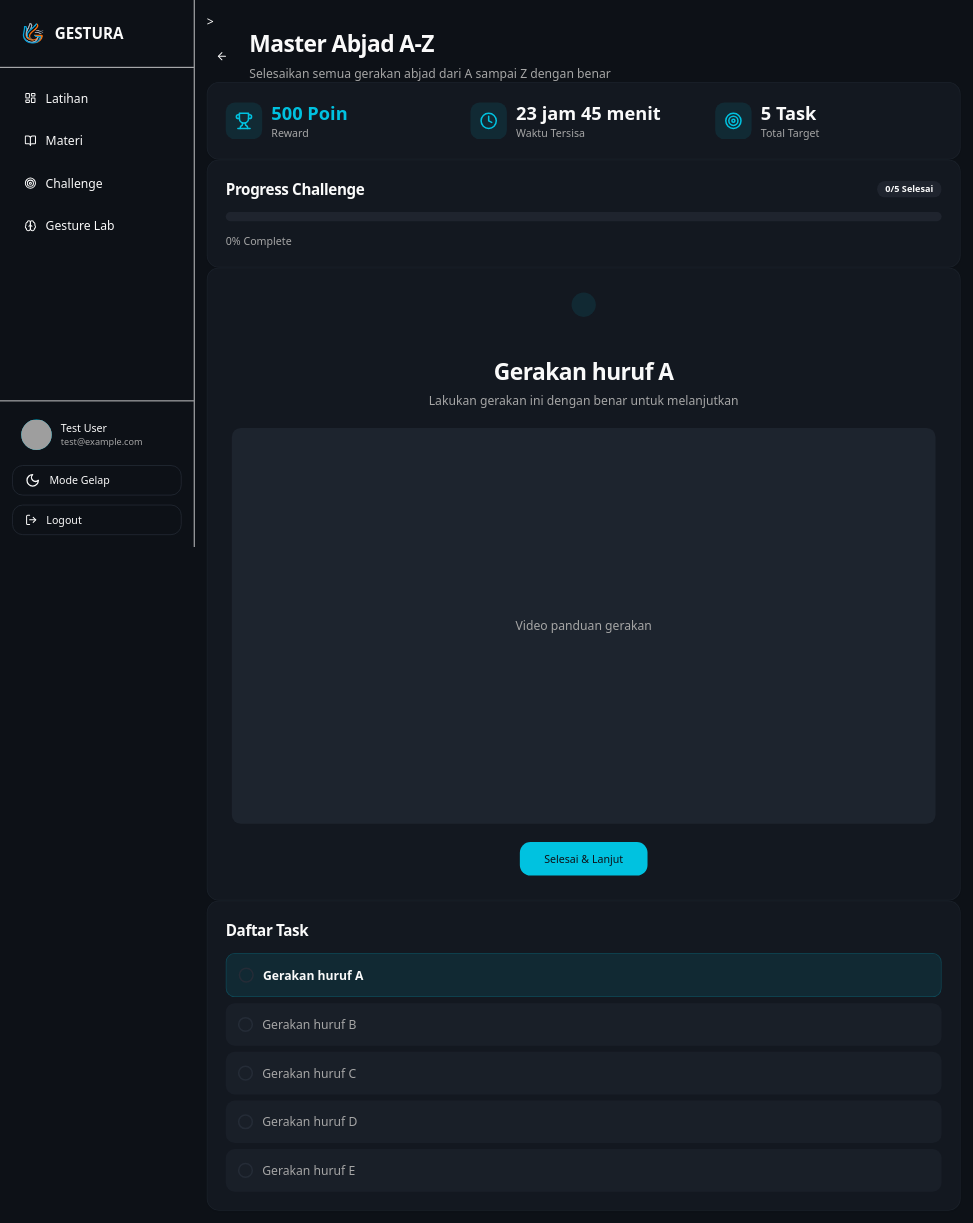
Repository: Tisna7/GESTURA
Page: http://localhost/Challenge-isi-1
These files come from the project's save history. The page is drawn as it stood at one moment and after a run of saves; the edit follows.
The browser window is 1280 px wide. The pictures show the whole page, at 76% of full size.
Pictures or frames that could not be fetched are drawn as grey boxes. The page is served by the project's Laravel application, run on PHP 8.4 with Laravel 12. A made-up administrator, Test User (test@example.com), is signed in. Style sheets and scripts are compiled from the project's sources, by tool versions that may differ from the author's.

Above is the page before, as saved 2025-11-23 22:09:12.

After the next 2 saves:
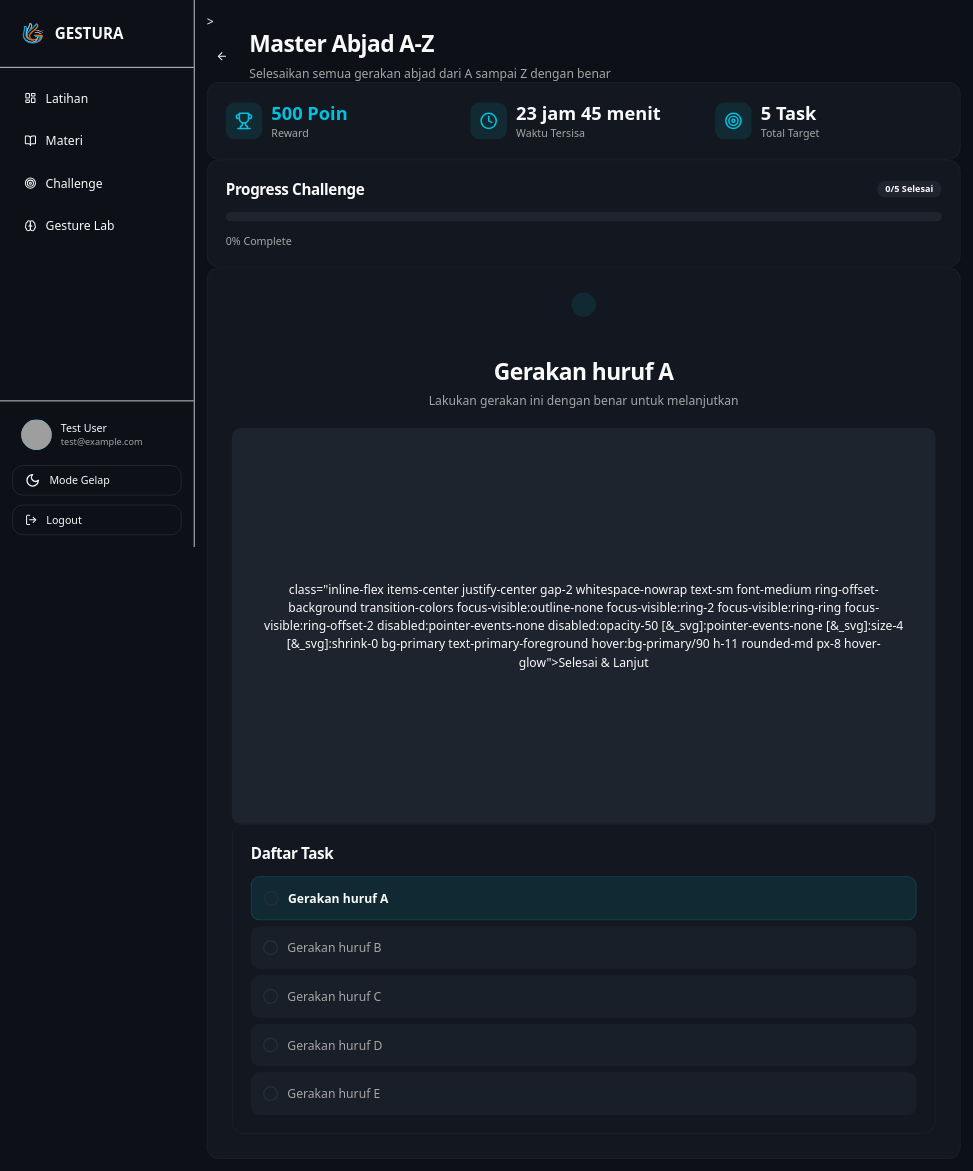
The 2 saves are shown as one change because they came seconds apart.
The last was saved 10 s later.
--- a/resources/views/user/challenge-isi-1.blade.php
+++ b/resources/views/user/challenge-isi-1.blade.php
@@ -93,9 +93,10 @@
                     <h2 class="text-3xl font-bold mb-2">Gerakan huruf A</h2>
                     <p class="text-muted-foreground">Lakukan gerakan ini dengan benar untuk melanjutkan</p>
                 </div>
-                <div class="bg-muted/50 rounded-xl p-8 aspect-video flex items-center justify-center"><img src="{{ asset('image/A.png') }}" alt="">
-                    <p class="text-muted-foreground">Video panduan gerakan</p>
-                </div><button
+                <div class="bg-muted/50 rounded-xl p-8 aspect-video flex items-center justify-center">
+                    <img src="{{ asset('image/A.png') }}" alt="">
+                    {{-- <p class="text-muted-foreground">Video panduan gerakan</p>
+                </div><button --}}
                     class="inline-flex items-center justify-center gap-2 whitespace-nowrap text-sm font-medium ring-offset-background transition-colors focus-visible:outline-none focus-visible:ring-2 focus-visible:ring-ring focus-visible:ring-offset-2 disabled:pointer-events-none disabled:opacity-50 [&amp;_svg]:pointer-events-none [&amp;_svg]:size-4 [&amp;_svg]:shrink-0 bg-primary text-primary-foreground hover:bg-primary/90 h-11 rounded-md px-8 hover-glow">Selesai
                     &amp; Lanjut</button>
             </div>

After the 2 saves that followed:
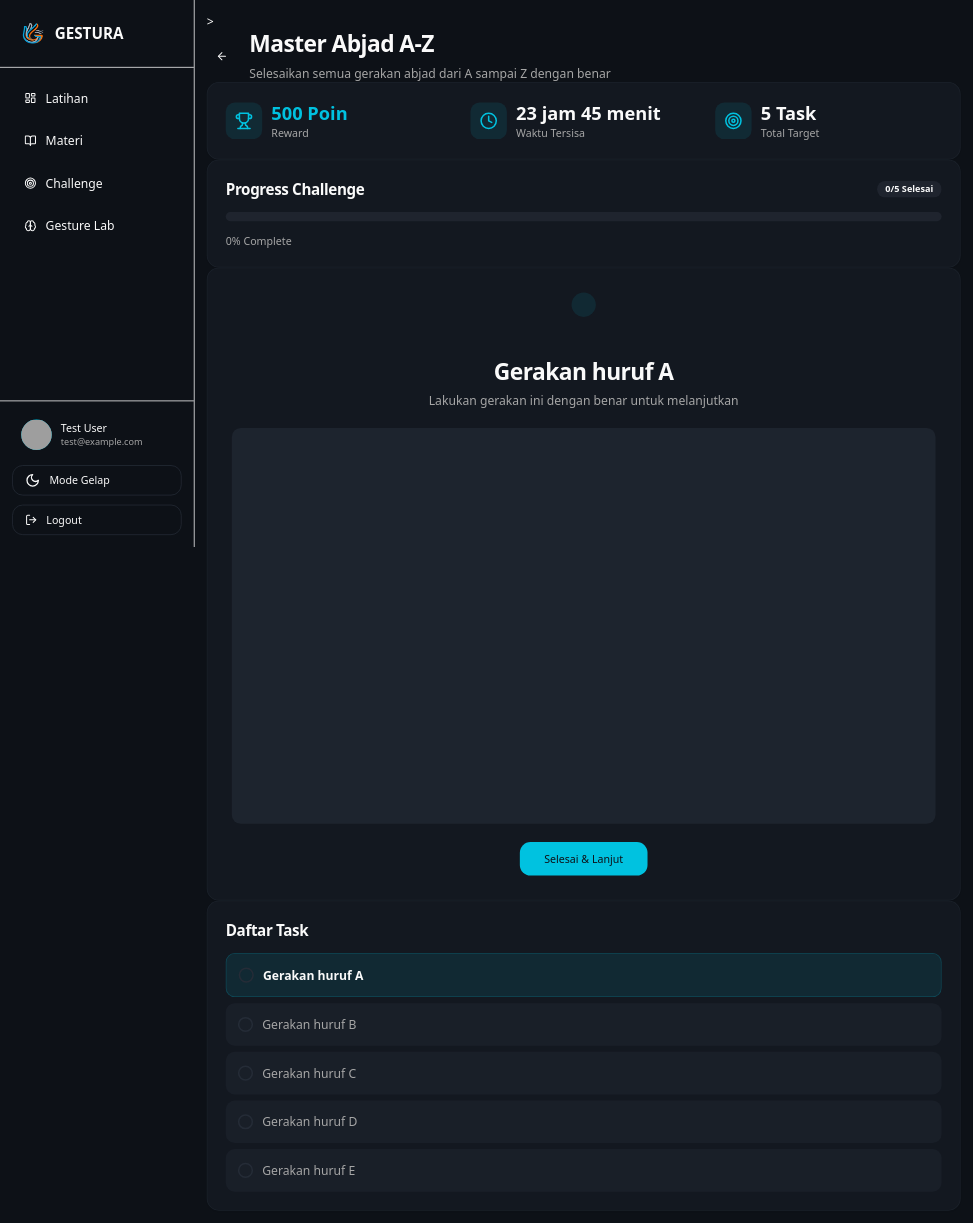
The 2 saves are shown as one change because they came seconds apart.
The last was saved 10 s later.
--- a/resources/views/user/challenge-isi-1.blade.php
+++ b/resources/views/user/challenge-isi-1.blade.php
@@ -95,8 +95,8 @@
                 </div>
                 <div class="bg-muted/50 rounded-xl p-8 aspect-video flex items-center justify-center">
                     <img src="{{ asset('image/A.png') }}" alt="">
-                    {{-- <p class="text-muted-foreground">Video panduan gerakan</p>
-                </div><button --}}
+                    {{-- <p class="text-muted-foreground">Video panduan gerakan</p> --}}
+                </div><button
                     class="inline-flex items-center justify-center gap-2 whitespace-nowrap text-sm font-medium ring-offset-background transition-colors focus-visible:outline-none focus-visible:ring-2 focus-visible:ring-ring focus-visible:ring-offset-2 disabled:pointer-events-none disabled:opacity-50 [&amp;_svg]:pointer-events-none [&amp;_svg]:size-4 [&amp;_svg]:shrink-0 bg-primary text-primary-foreground hover:bg-primary/90 h-11 rounded-md px-8 hover-glow">Selesai
                     &amp; Lanjut</button>
             </div>
